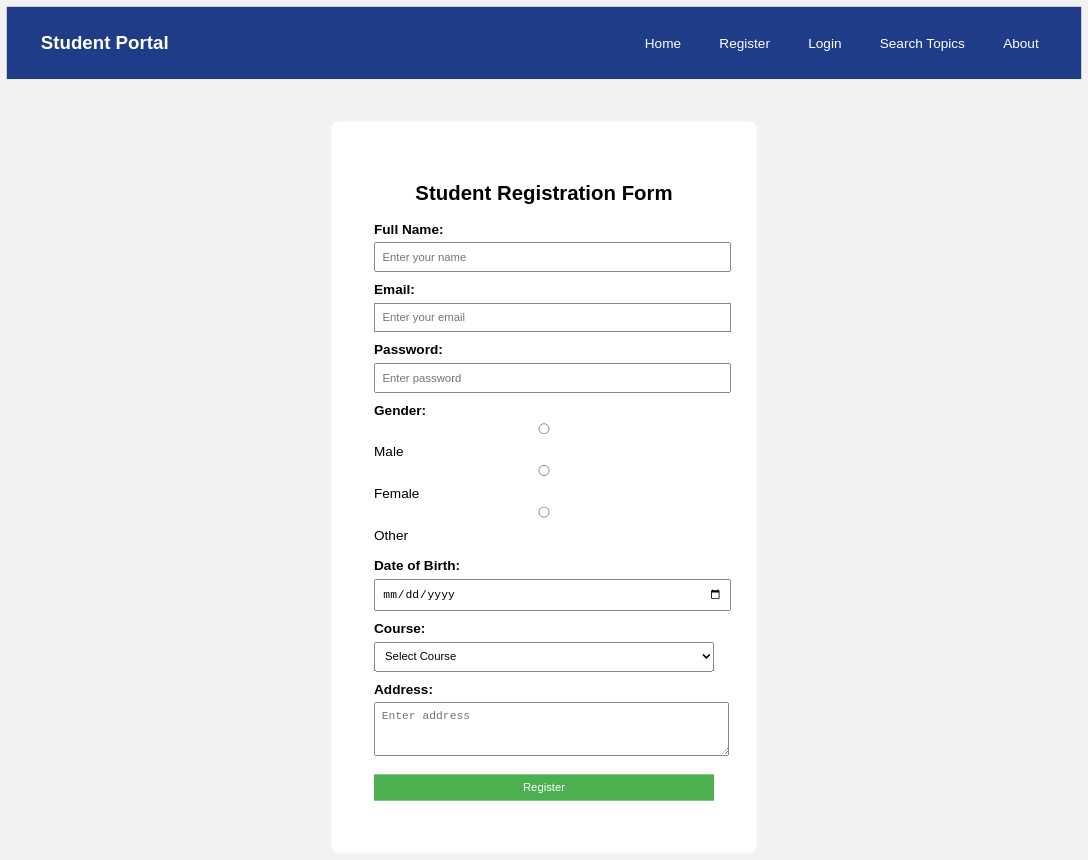
Repository: Tanvisalunkhe/Java_Codes
Page: demo/src/main/webapp/register.html
These files come from the project's save history. The page is drawn as it stood at one moment and after the next save; the edit follows.
The browser window is 1280 px wide. The pictures show the whole page, at 85% of full size.

Above is the page before, as saved 2025-12-26 06:49:20.

After the next save:
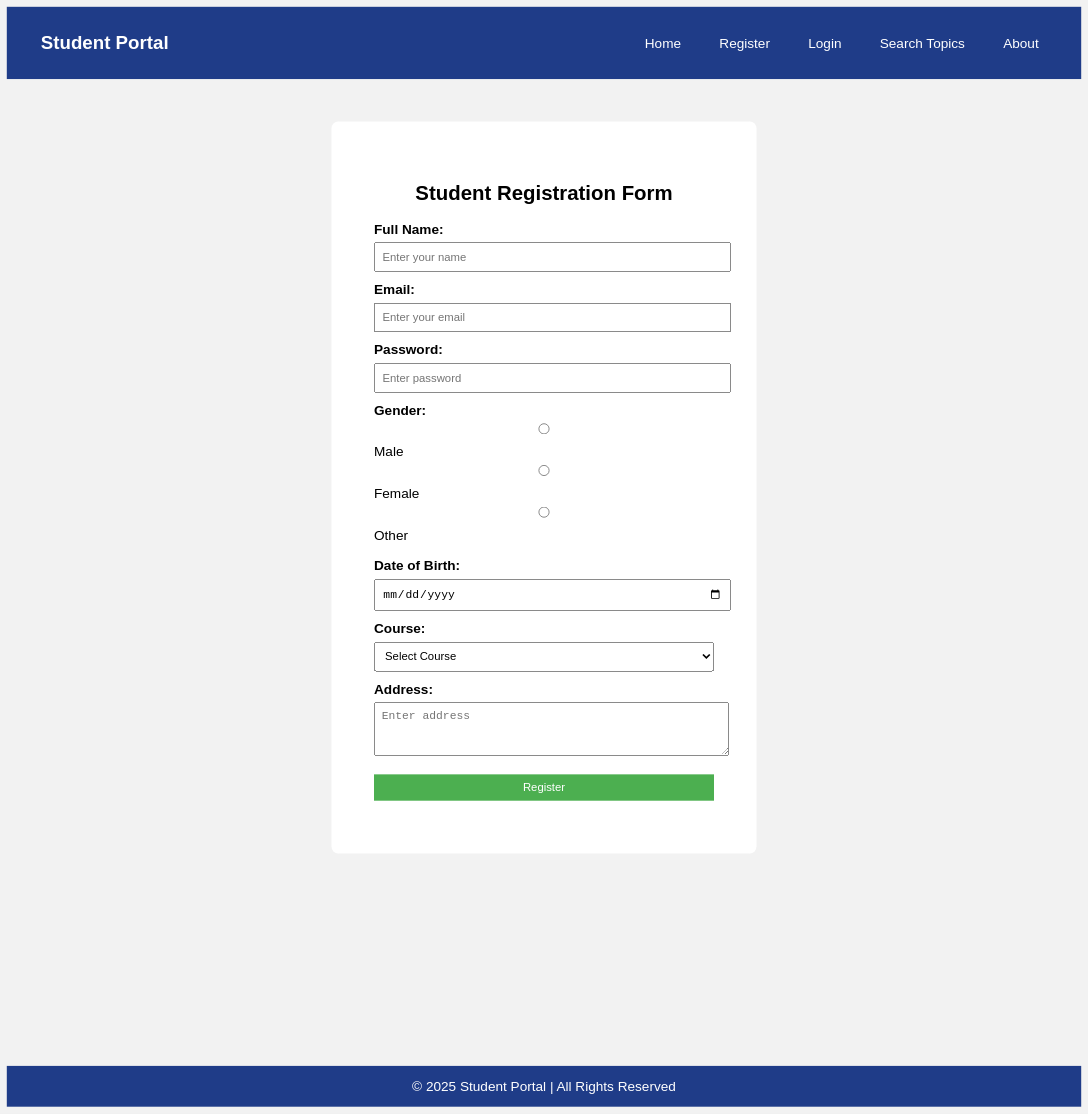
Saved 18 s later.
--- a/demo/src/main/webapp/register.html
+++ b/demo/src/main/webapp/register.html
@@ -134,6 +134,10 @@
         <input type="submit" value="Register">
     </form>
 </div>
+<!-- Footer -->
+    <footer>
+        © 2025 Student Portal | All Rights Reserved
+    </footer>
 
 </body>
 </html>
